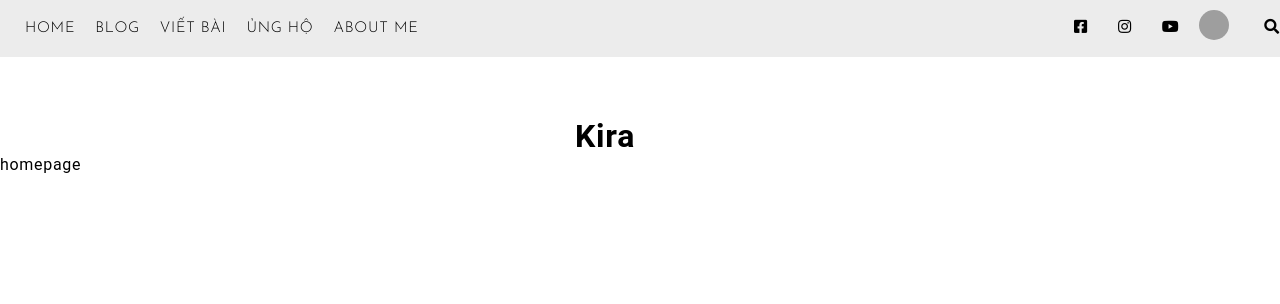
Repository: DTien93/blog-meanstack
Page: / (app in my-app/)
These files come from the project's save history. The page is drawn as it stood at one moment and after the next save; the edit follows.
The browser window is 1280 px wide. The pictures show the whole page.
Pictures or frames that could not be fetched are drawn as grey boxes. Some web libraries are served in a nearby version. The project was rebuilt for these pictures with package versions that can differ from the ones it lists, and the page was loaded fresh each time. Also part of the build but not shown: my-app/src/components/pages/home.css.

Above is the page before, as saved 2021-08-21 16:07:19.

After the next save:
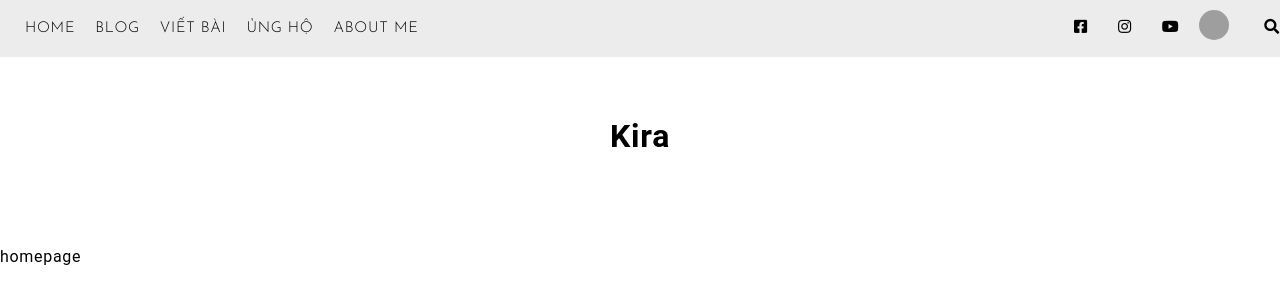
Saved 29 s later.
--- a/my-app/src/components/Header/header.css
+++ b/my-app/src/components/Header/header.css
@@ -10,5 +10,5 @@
 }
 
 .header__titles-heading {
-    width: 130px;
+    height: 130px;
 }
